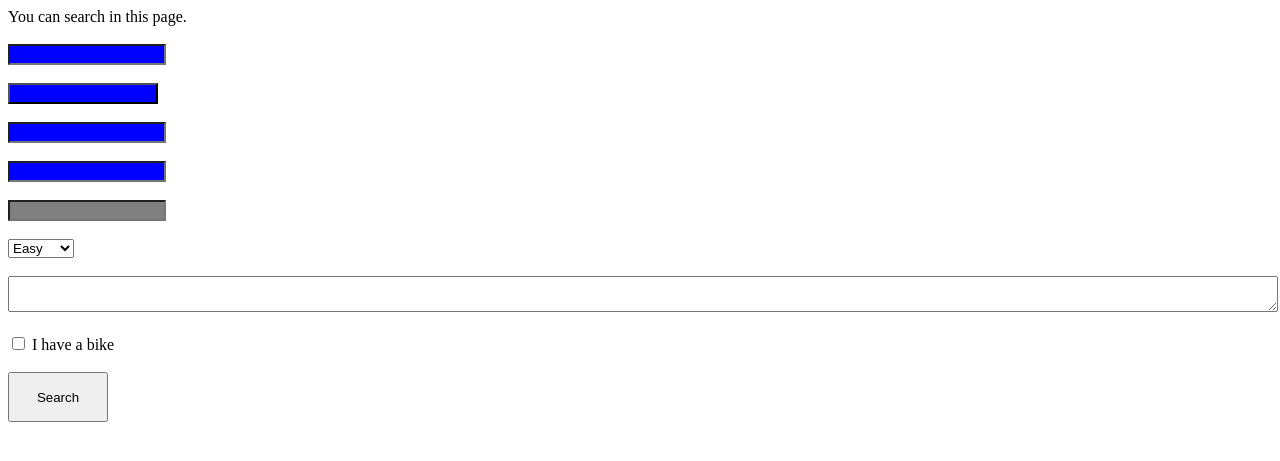
Repository: learoncero/SEProjektUebung
Page: http://localhost/HikingSoftware/search.jsp
An editor plug-in stored every save of this project. The page is shown before and after the next save, followed by the edit.
The browser window is 1280 px wide. The pictures show the whole page.
The page is served by Tomcat 9.

Above is the page before, as saved 2023-10-18 08:58:48.

After the next save:
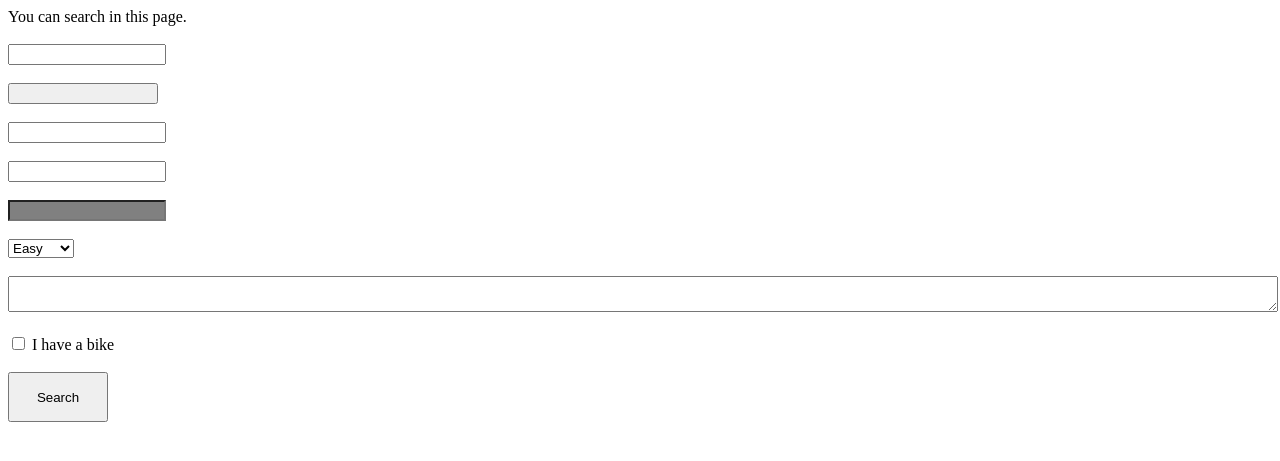
Saved 104 s later.
--- a/HikingSoftware/src/main/webapp/search.jsp
+++ b/HikingSoftware/src/main/webapp/search.jsp
@@ -9,13 +9,13 @@
 <body>
 	You can search in this page.
 	<br/><br/>
-	<input type="text" style="width:150px;background-color:blue">
+	<input type="text" style="width:150px">
 	<br/><br/>
-	<input type="button" style="width:150px;background-color:blue">
+	<input type="button" style="width:150px">
 	<br/><br/>
-	<input type="password" style="width:150px;background-color:blue">
+	<input type="password" style="width:150px">
 	<br/><br/>
-	<input type="email" style="width:150px;background-color:blue">
+	<input type="email" style="width:150px">
 	<br/><br/>
 
 	<!-- Mit form kann man Daten schicken. Mit method="post" wird Passwort nicht im
